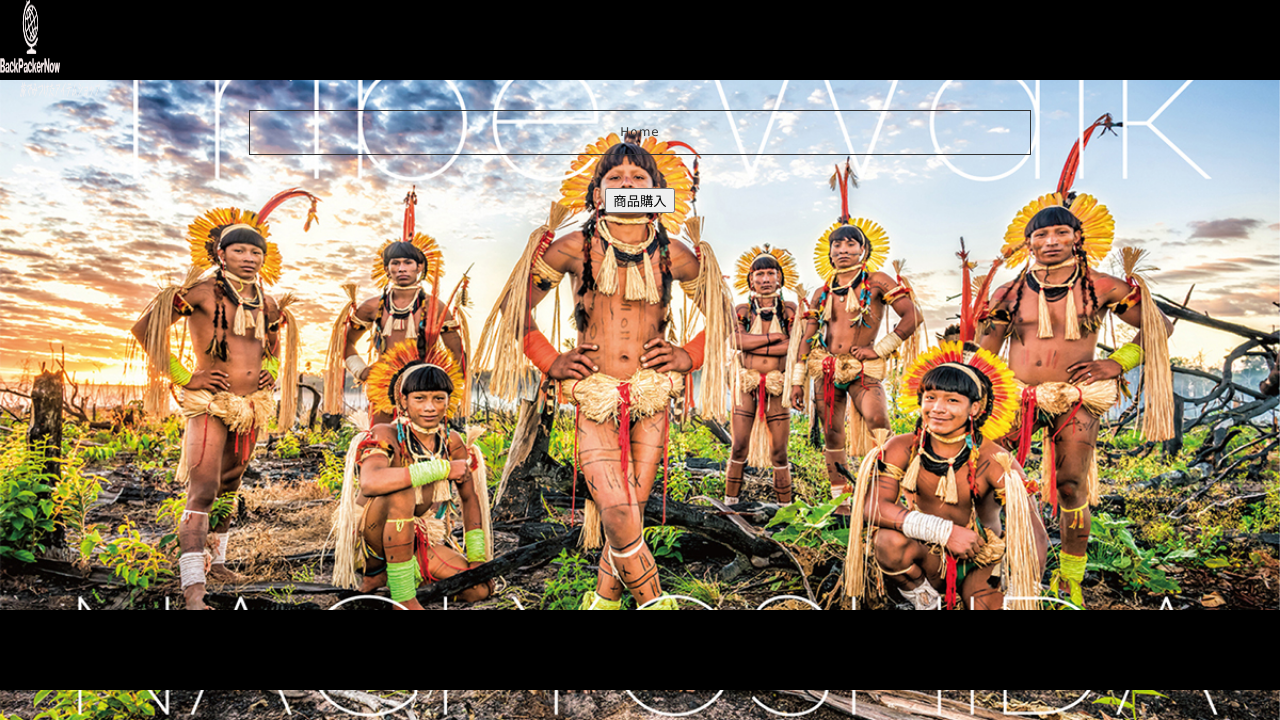
Repository: yanaiwataru/test
Page: http://localhost/ecsite/
These files come from the project's save history. The page is drawn as it stood at one moment and after the next save; the edit follows.
The browser window is 1280 px wide. The pictures show the whole page.
The page is served by Tomcat 9. Other server files are loaded and not shown.

Above is the page before, as saved 2018-03-12 05:32:58.

### ecsite/WebContent/home.jsp
<%@ page language="java" contentType="text/html; charset=UTF-8"

pageEncoding="UTF-8"%>

<%@ taglib prefix="s" uri="/struts-tags"%>
<!DOCTYPE html>
<html>
<head>

<meta http-equiv="Content-Type" content="text/html; charset=utf-8" />
<meta http-equiv="Content-Style-Type" content="text/css" />
<meta http-equiv="Content-Script-Type" content="text/javascript" />
<meta http-equiv="imagetoolbar" content="no" />
<meta name="description" content="" />
<meta name="keywords" content="" />
<link rel="stylesheet"type="text/css" href="css/ecsite.css">
<title>Home画面</title>
<style type="text/css">
.logo{
height: 100px;
width: 100px
}


</style>

</head>
<body>

<div id="header">

<div id="pr">

<img class="logo" src="./image/logo.png">
</div>

</div>
<div id="main">

<div id="top">
<p>Home</p>

</div>
<div id=”text-center”>

<s:form action="HomeAction">

<s:submit id="button" value="商品購入"/>

</s:form>
<s:if test="#session.id != null">

<p>ログアウトする場合は

<a href='<s:url action="LogoutAction" />'>こちら</a></p>

</s:if>

</div>

</div>
<div id="footer">

<div id="pr">
</div>

</div>

</body>
</html>

### ecsite/WebContent/css/ecsite.css
@CHARSET "UTF-8";



body {
margin:0;
padding:0;
line-height:1.6;
letter-spacing:1px;
font-family:Verdana, Helvetica, sans-serif;
font-size:12px;
color:#333;
background:#fff;
background-image: url("../image/0119_omote.jpg");
  /* 画像を常に天地左右の中央に配置 */
  background-position: center center;

  /* 画像をタイル状に繰り返し表示しない */
  background-repeat: no-repeat;

  /* コンテンツの高さが画像の高さより大きい時、動かないように固定 */
  background-attachment: fixed;

  /* 表示するコンテナの大きさに基づいて、背景画像を調整 */
  background-size: cover;

  /* 背景画像が読み込まれる前に表示される背景のカラー */
  background-color: #464646;
}

table {
text-align:center;
margin:0 auto;
}
/* ========ecsite LAYOUT======== */
#top {
width:780px;
margin:30px auto;
border:1px solid #333;
}

#header {
width: 100%;
height: 80px;
background-color: black;
}
#main {
width: 100%;
height: 500px;
text-align: center;
}
#footer {
width: 100%;
height: 80px;
background-color: black;
clear:both;
}
#text-center {
display: inline-block;
text-align: center;

}

After the next save:
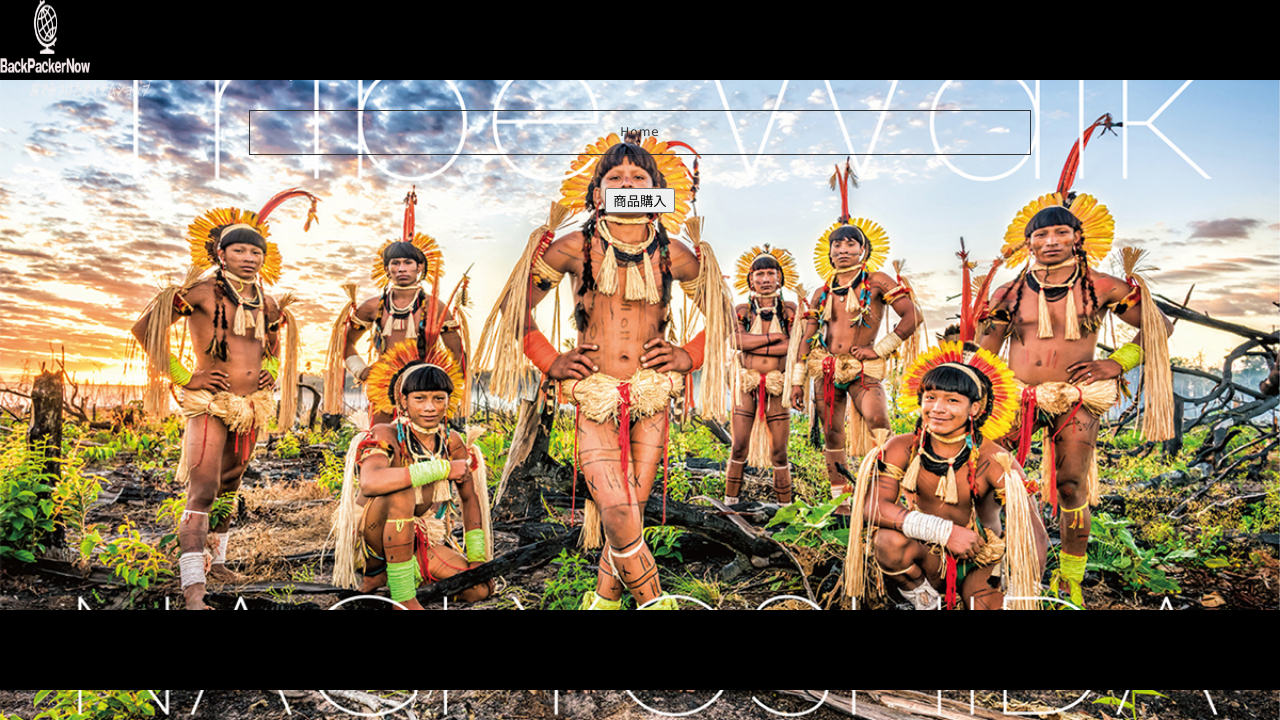
Saved 34 s later.
--- a/ecsite/WebContent/home.jsp
+++ b/ecsite/WebContent/home.jsp
@@ -18,7 +18,7 @@
 <style type="text/css">
 .logo{
 height: 100px;
-width: 100px
+width: 150px
 }
 
 
